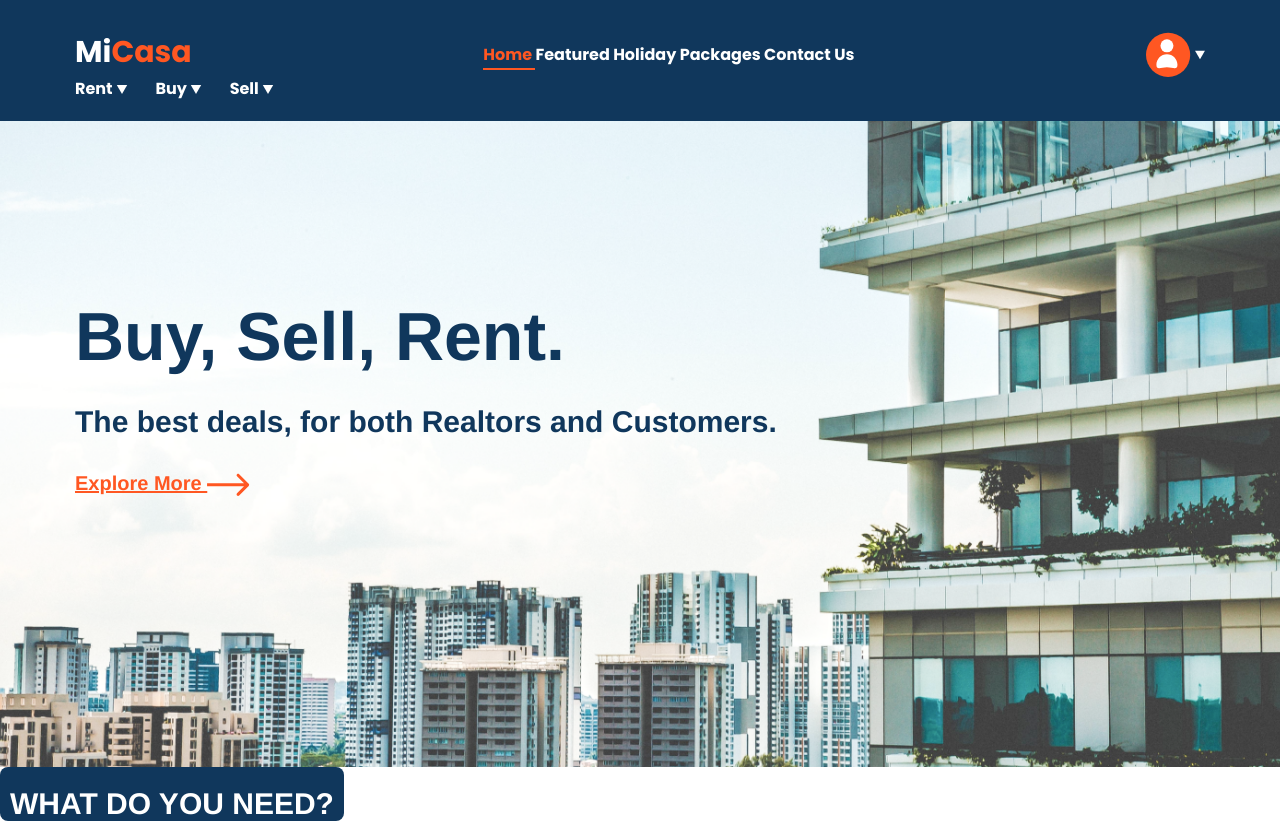
Repository: BenUnyolo/micasa-frontend
Page: index.html
An editor plug-in stored every save of this project. The page is shown before and after the next save, followed by the edit.
The browser window is 1280 px wide. The pictures show the whole page.

Above is the page before, as saved 2021-10-15 20:43:57.

After the next save:
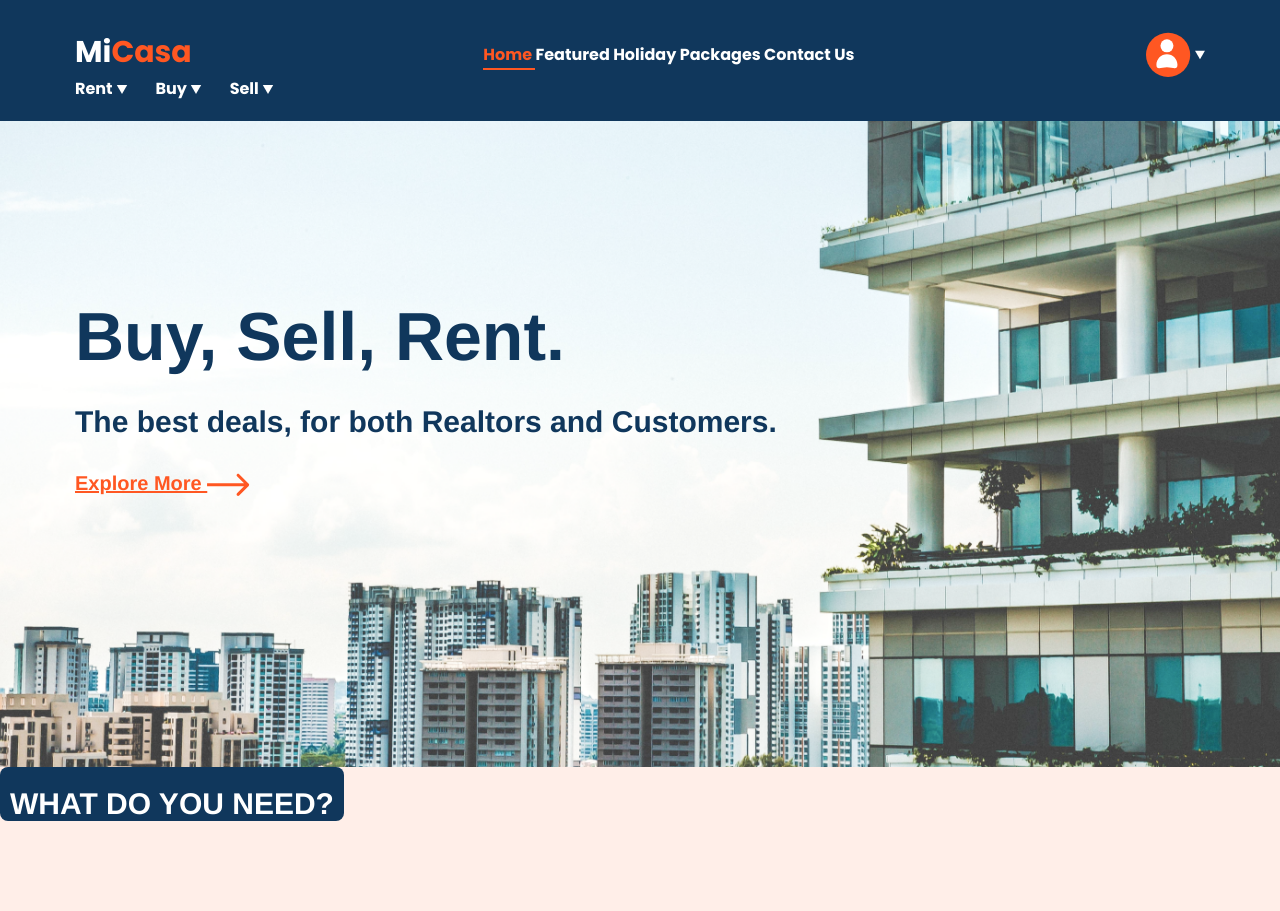
Saved 55 s later.
--- a/index.html
+++ b/index.html
@@ -140,7 +140,15 @@
       >
         <h2 class="uppercase">What do you need?</h2>
       </div>
-      <div>something something esle</div>
+      <div class="bg-secondary-600 bg-opacity-10">
+        something
+        <br />
+        <br />
+        <br />
+        <br />
+        <br />
+        <br />
+      </div>
     </div>
   </body>
 </html>
